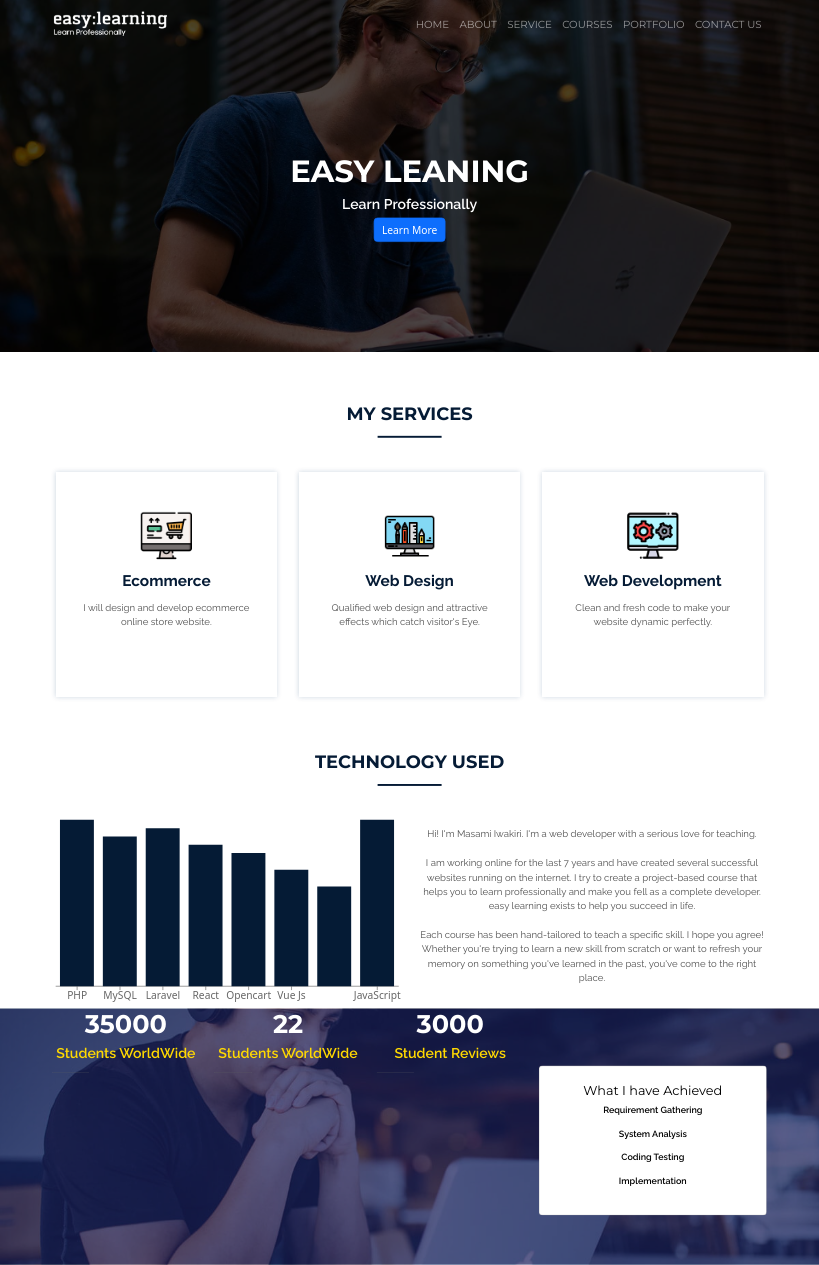
Repository: masamichan/free_video_app
Page: /
The author's editor kept a copy of each file at every save. The page is drawn from the files as they stood at one save, then again after the next save.
The browser window is 1280 px wide. The pictures show the whole page, at 64% of full size.
Backgrounds fixed to the window are drawn as part of the page. The project was rebuilt for these pictures with package versions that can differ from the ones it lists, and the page was loaded fresh each time.

Above is the page before, as saved 2023-01-29 16:41:35.

After the next save:
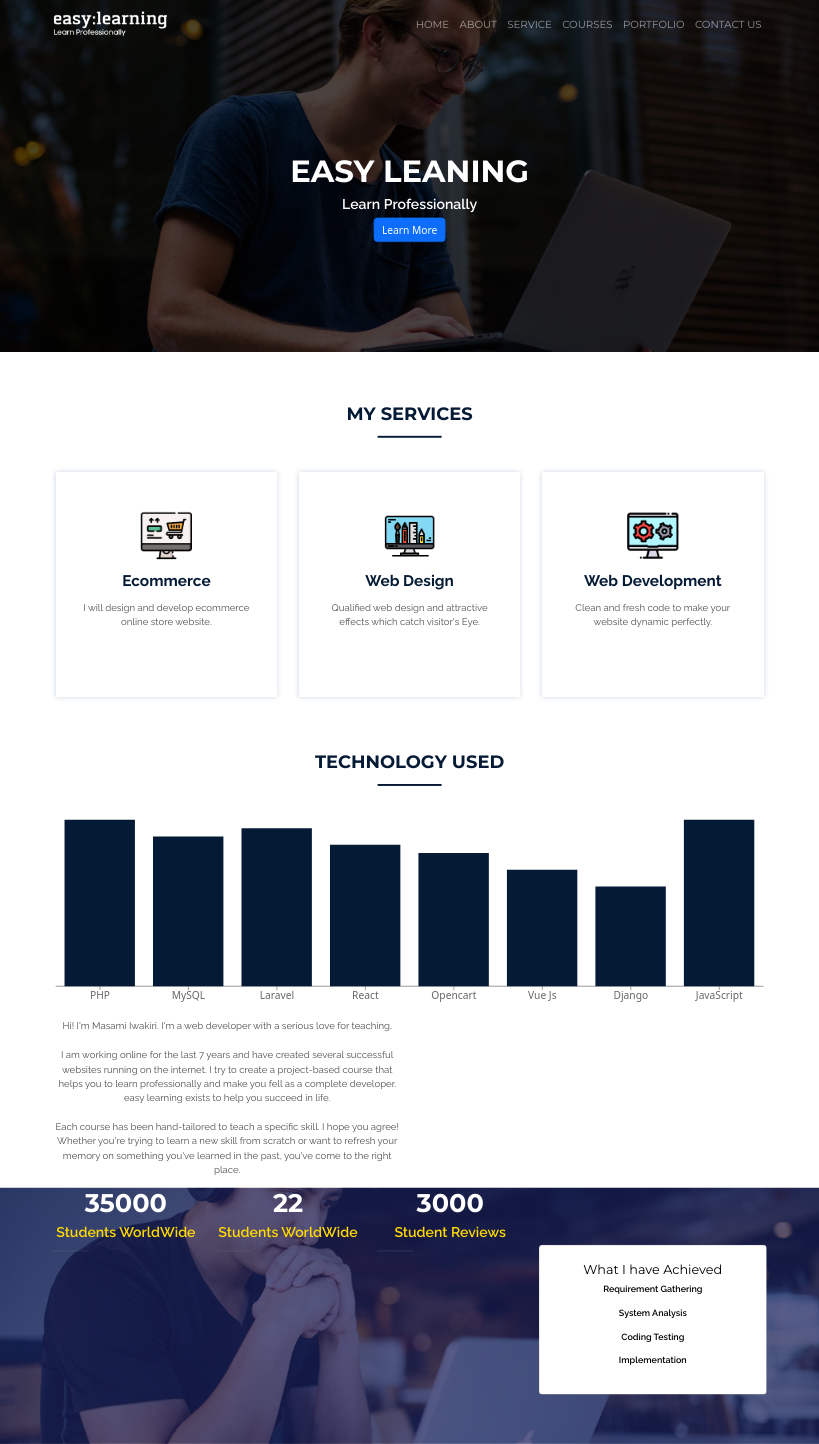
Saved 20 h 34 min later.
--- a/src/components/Analysis/Analysis.jsx
+++ b/src/components/Analysis/Analysis.jsx
@@ -27,7 +27,7 @@ class Analysis extends Component {
           <div className="bottom"></div>
           <Row>
             <Col
-              style={{ width: "100", height: "300px" }}
+              style={{ width: "100%", height: "300px" }}
               lg={6}
               md={12}
               sm={12}
